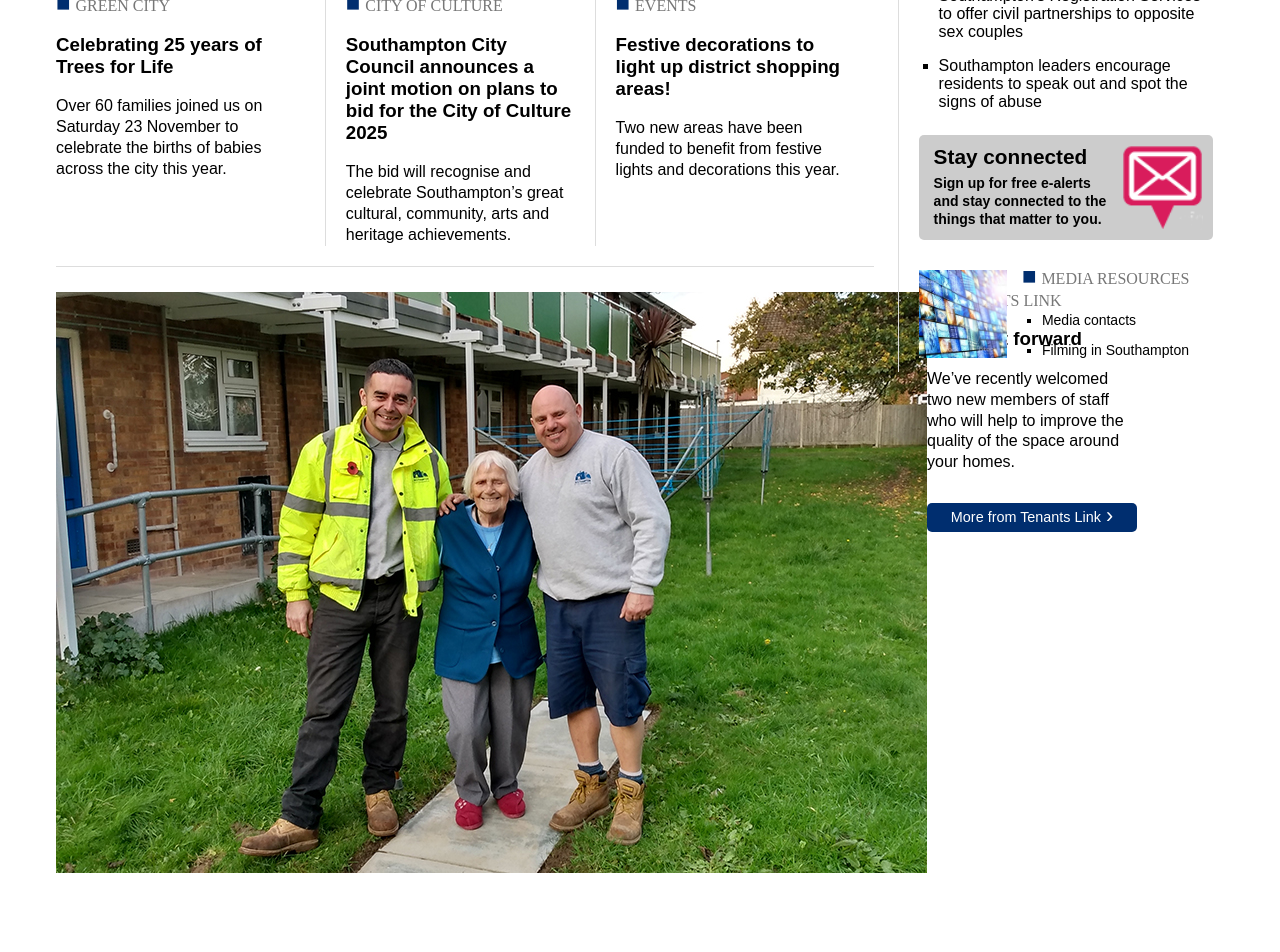
Repository: Domehead123/newspage
Page: news2.html
The author's editor kept a record of every edit. The page is drawn from the files as they stood at one moment, then again after the next edit.
The browser window is 1280 px wide. The pictures show the part of the page from y = 383 to 1335 px (the page is 1335 px tall before and 1124 px after).
A picture or video elsewhere on the page could not be fetched, so the positions and the page height are approximate. Some web libraries are served in a nearby version.

Above is the page before.

After the next edit:
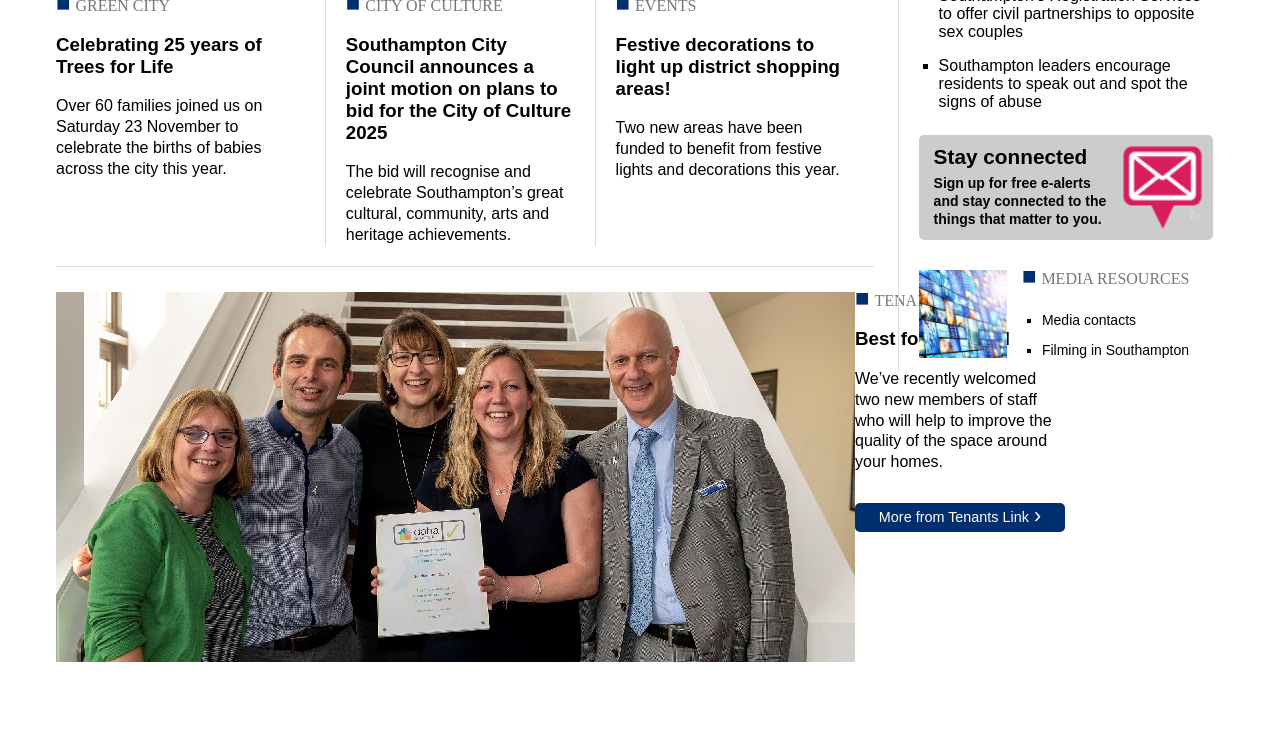
The edit:
--- a/news2.html
+++ b/news2.html
@@ -67,7 +67,7 @@
 
             <div class="bottom-row">
                 <div class="lower-image">
-                    <a href="#"><img src="images/tenants.jpg"></a>
+                    <a href="#"><img src="images/DAHA.jpg"></a>
                 </div>
                 <div class="tenants-container">
                     <div class="tenants">
